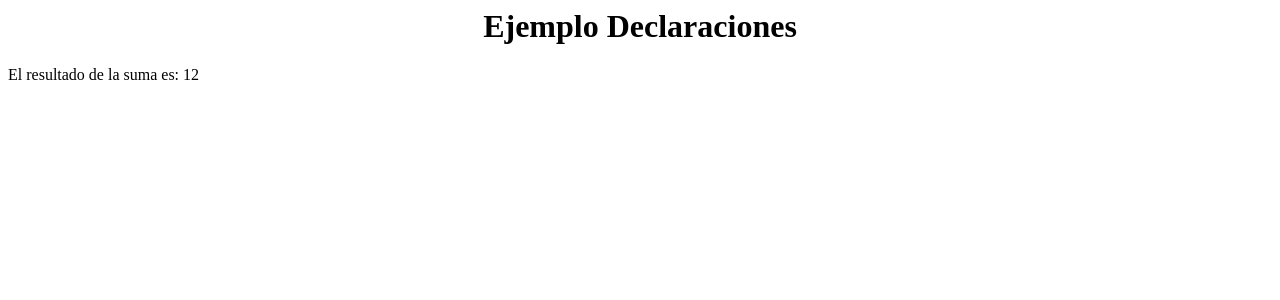
Repository: jchemile/varios
Page: http://localhost/Primeros_pasos_JSP/EjemploDeclaraciones.jsp
An editor plug-in stored every save of this project. The page is shown before and after the next save, followed by the edit.
The browser window is 1280 px wide. The pictures show the whole page.
The page is served by Tomcat 9. Other server files are loaded and not shown.

Above is the page before, as saved 2020-04-19 03:51:05.

### pildoras_informaticas/javaee/Primeros_pasos_JSP/WebContent/EjemploDeclaraciones.jsp
<html>
<body>

<h1 style="text-align: center">
Ejemplo Declaraciones
</h1>

<%!
private int resultado;

public int metodoSuma(int num1, int num2){
	resultado = num1 + num2;
	return resultado;
}

public int metodoResta(int num1, int num2){
	resultado = num1 - num2;
	return resultado;
}

public int metodoMultiplica(int num1, int num2){
	resultado = num1 * num2;
	return resultado;
}
%>

El resultado de la suma es: <%= metodoSuma(7,5) %>

</body>
</html>

After the next save:
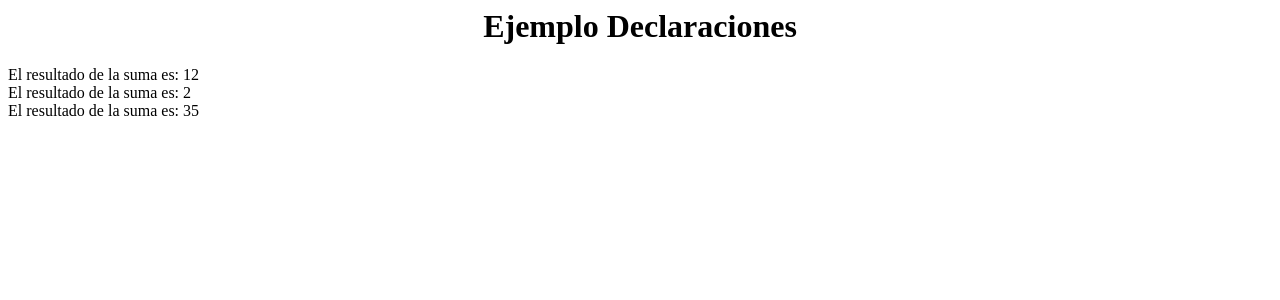
Saved 32 s later.
--- a/pildoras_informaticas/javaee/Primeros_pasos_JSP/WebContent/EjemploDeclaraciones.jsp
+++ b/pildoras_informaticas/javaee/Primeros_pasos_JSP/WebContent/EjemploDeclaraciones.jsp
@@ -25,6 +25,11 @@ public int metodoMultiplica(int num1, int num2){
 %>
 
 El resultado de la suma es: <%= metodoSuma(7,5) %>
+<br>
+El resultado de la suma es: <%= metodoResta(7,5) %>
+<br>
+El resultado de la suma es: <%= metodoMultiplica(7,5) %>
+
 
 </body>
 </html>
